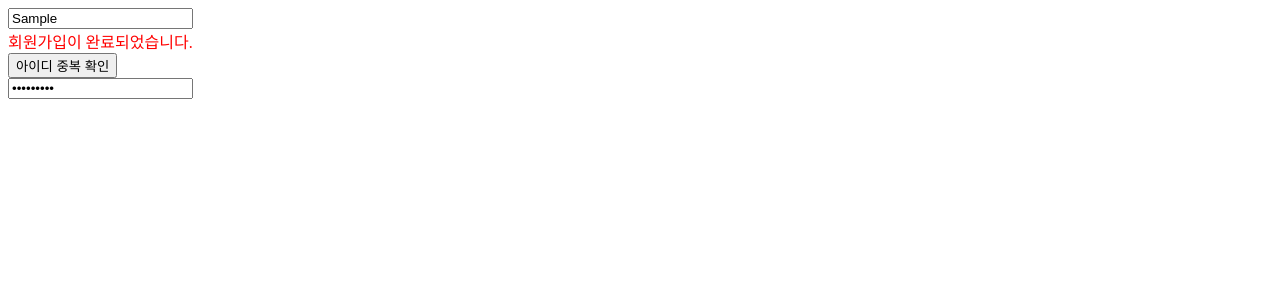
Repository: kimeuiyeob/KOPO_JSP_Study_2
Page: http://localhost/JspStudy/Ajax.jsp
These files come from the project's save history. The page is drawn as it stood at one moment and after the next save; the edit follows.
The browser window is 1280 px wide. The pictures show the whole page.
Empty fields were first filled with sample values (such as "Sample", 5 or name@example.com).
After loading, the first visible `#goAjax` was clicked once.
The page is served by Tomcat 9. Queries for data that is not in the repository find no rows.

Above is the page before, as saved 2023-06-21 00:08:00.

After the next save:
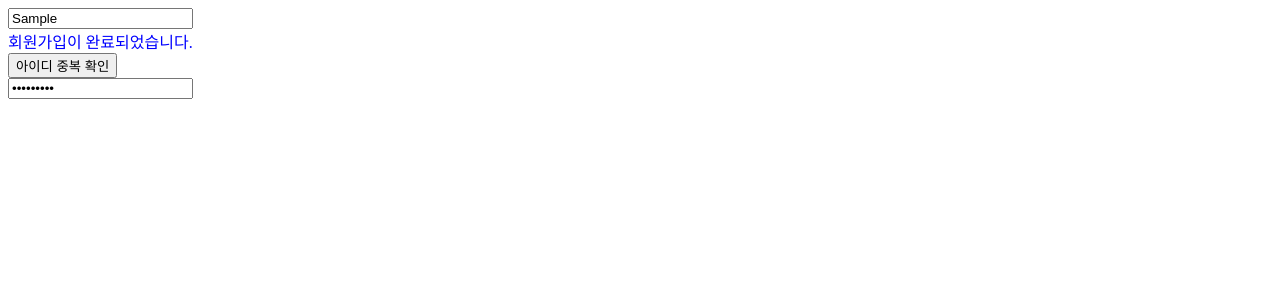
Saved 4 s later.
--- a/JspStudy/src/main/webapp/Ajax.jsp
+++ b/JspStudy/src/main/webapp/Ajax.jsp
@@ -27,7 +27,7 @@
 				success : function(result) {
 					console.log("AJAX 성공");
 					$('#msg').html(result);
-					$('#msg').css("color", "red");
+					$('#msg').css("color", "blue");
 				},
 				error : function(request, status, error) {
 					console.log("AJAX 실패");
